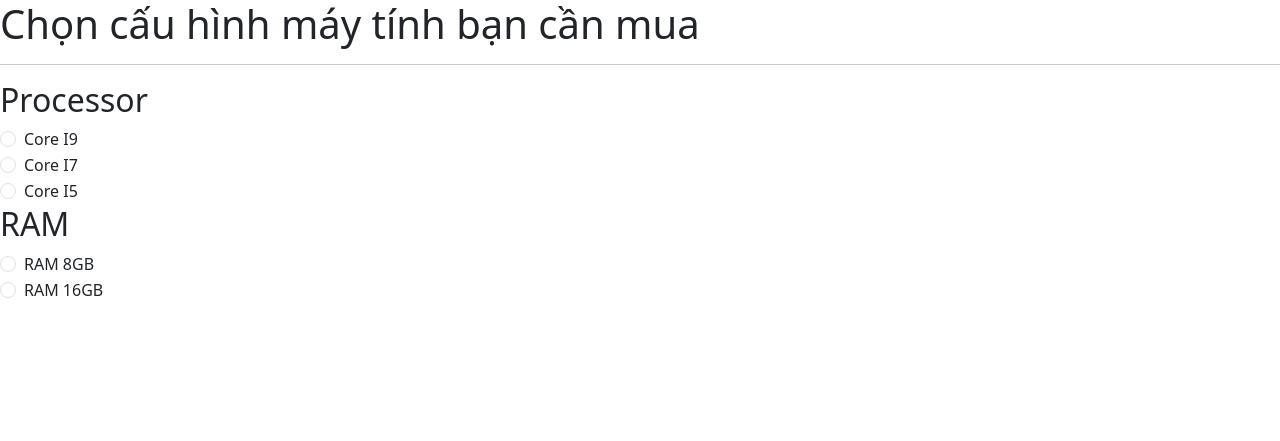
Repository: vnmk1/jsp_servlet-tutorials
Page: http://localhost/Bai7_BaiTapJSP/muaMayTinh.jsp
These files come from the project's save history. The page is drawn as it stood at one moment and after the next save; the edit follows.
The browser window is 1280 px wide. The pictures show the whole page.
The page is served by Tomcat 9.

Above is the page before, as saved 2023-07-19 08:36:17.

### Bai7_BaiTapJSP/src/main/webapp/muaMayTinh.jsp
<%@ page language="java" contentType="text/html; charset=UTF-8"
	pageEncoding="UTF-8"%>
<!DOCTYPE html>
<html>
<head>
<meta charset="UTF-8">
<title>Mua máy tính</title>
<link
	href="https://cdn.jsdelivr.net/npm/bootstrap@5.3.0/dist/css/bootstrap.min.css"
	rel="stylesheet"
	integrity="sha384-9ndCyUaIbzAi2FUVXJi0CjmCapSmO7SnpJef0486qhLnuZ2cdeRhO02iuK6FUUVM"
	crossorigin="anonymous">
<script
	src="https://cdn.jsdelivr.net/npm/@popperjs/core@2.11.8/dist/umd/popper.min.js"
	integrity="sha384-I7E8VVD/ismYTF4hNIPjVp/Zjvgyol6VFvRkX/vR+Vc4jQkC+hVqc2pM8ODewa9r"
	crossorigin="anonymous"></script>
<script
	src="https://cdn.jsdelivr.net/npm/bootstrap@5.3.0/dist/js/bootstrap.min.js"
	integrity="sha384-fbbOQedDUMZZ5KreZpsbe1LCZPVmfTnH7ois6mU1QK+m14rQ1l2bGBq41eYeM/fS"
	crossorigin="anonymous"></script>
</head>
<body>
	<h1>Chọn cấu hình máy tính bạn cần mua</h1>
	<hr />
	<form>
		<h2>Processor</h2>
		<div class="form-check">
			<input class="form-check-input" type="radio" name="processor"
				id="corei9" value= "Core I9" > <label class="form-check-label" for="corei9">Core
				I9</label>
		</div>
		<div class="form-check">
			<input class="form-check-input" type="radio" name="processor"
				id="corei7" value= "Core I7" > <label class="form-check-label"
				for="corei7"> Core I7</label>
		</div>
		<div class="form-check">
			<input class="form-check-input" type="radio" name="processor"
				id="corei5" value= "Core I5" > <label class="form-check-label"
				for="corei5"> Core I5</label>
		</div>

		<h2>RAM</h2>
		<div class="form-check">
			<input class="form-check-input" type="radio" name="ram"
				id="ram8g" value= "RAM 8GB" > <label class="form-check-label" for="ram8g">RAM 8GB</label>
		</div>
		<div class="form-check">
			<input class="form-check-input" type="radio" name="ram"
				id="ram16g" value= "RAM 16GB" > <label class="form-check-label" for="ram16g">RAM 16GB</label>
		</div>
	</form>
</body>
</html>

After the next save:
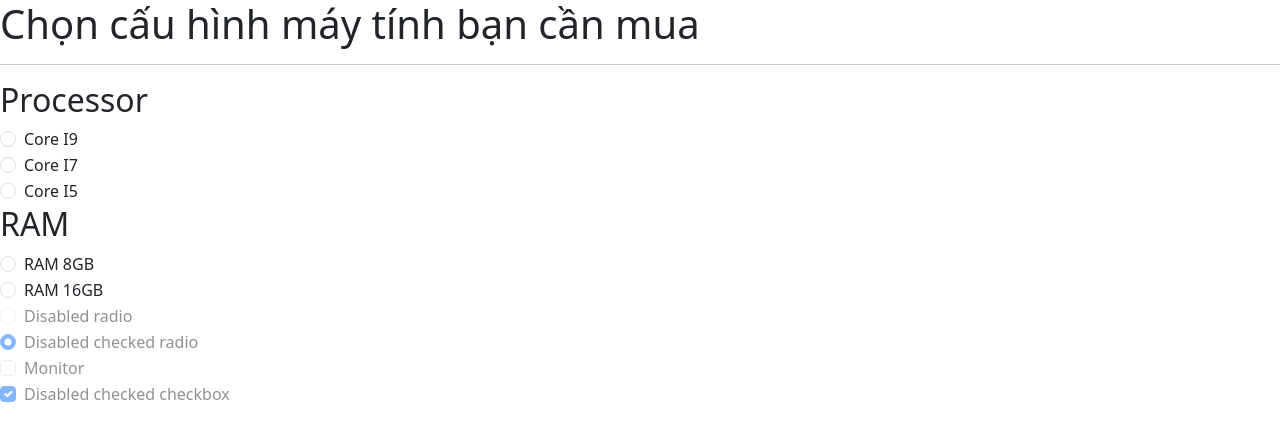
Saved 3 min 5 s later.
--- a/Bai7_BaiTapJSP/src/main/webapp/muaMayTinh.jsp
+++ b/Bai7_BaiTapJSP/src/main/webapp/muaMayTinh.jsp
@@ -26,28 +26,55 @@
 		<h2>Processor</h2>
 		<div class="form-check">
 			<input class="form-check-input" type="radio" name="processor"
-				id="corei9" value= "Core I9" > <label class="form-check-label" for="corei9">Core
-				I9</label>
+				id="corei9" value="Core I9"> <label class="form-check-label"
+				for="corei9">Core I9</label>
 		</div>
 		<div class="form-check">
 			<input class="form-check-input" type="radio" name="processor"
-				id="corei7" value= "Core I7" > <label class="form-check-label"
+				id="corei7" value="Core I7"> <label class="form-check-label"
 				for="corei7"> Core I7</label>
 		</div>
 		<div class="form-check">
 			<input class="form-check-input" type="radio" name="processor"
-				id="corei5" value= "Core I5" > <label class="form-check-label"
+				id="corei5" value="Core I5"> <label class="form-check-label"
 				for="corei5"> Core I5</label>
 		</div>
 
 		<h2>RAM</h2>
 		<div class="form-check">
-			<input class="form-check-input" type="radio" name="ram"
-				id="ram8g" value= "RAM 8GB" > <label class="form-check-label" for="ram8g">RAM 8GB</label>
+			<input class="form-check-input" type="radio" name="ram" id="ram8g"
+				value="RAM 8GB"> <label class="form-check-label" for="ram8g">RAM
+				8GB</label>
 		</div>
 		<div class="form-check">
-			<input class="form-check-input" type="radio" name="ram"
-				id="ram16g" value= "RAM 16GB" > <label class="form-check-label" for="ram16g">RAM 16GB</label>
+			<input class="form-check-input" type="radio" name="ram" id="ram16g"
+				value="RAM 16GB"> <label class="form-check-label"
+				for="ram16g">RAM 16GB</label>
+		</div>
+
+		<div class="form-check">
+			<input class="form-check-input" type="radio" name="flexRadioDisabled"
+				id="flexRadioDisabled" disabled> <label
+				class="form-check-label" for="flexRadioDisabled"> Disabled
+				radio </label>
+		</div>
+		<div class="form-check">
+			<input class="form-check-input" type="radio" name="flexRadioDisabled"
+				id="flexRadioCheckedDisabled" checked disabled> <label
+				class="form-check-label" for="flexRadioCheckedDisabled">
+				Disabled checked radio </label>
+		</div>
+
+		<div class="form-check">
+			<input class="form-check-input" type="checkbox" value="Monitor"
+				id="monitor" disabled> <label class="form-check-label"
+				for="monitor"> Monitor </label>
+		</div>
+		<div class="form-check">
+			<input class="form-check-input" type="checkbox" value=""
+				id="flexCheckCheckedDisabled" checked disabled> <label
+				class="form-check-label" for="flexCheckCheckedDisabled">
+				Disabled checked checkbox </label>
 		</div>
 	</form>
 </body>
